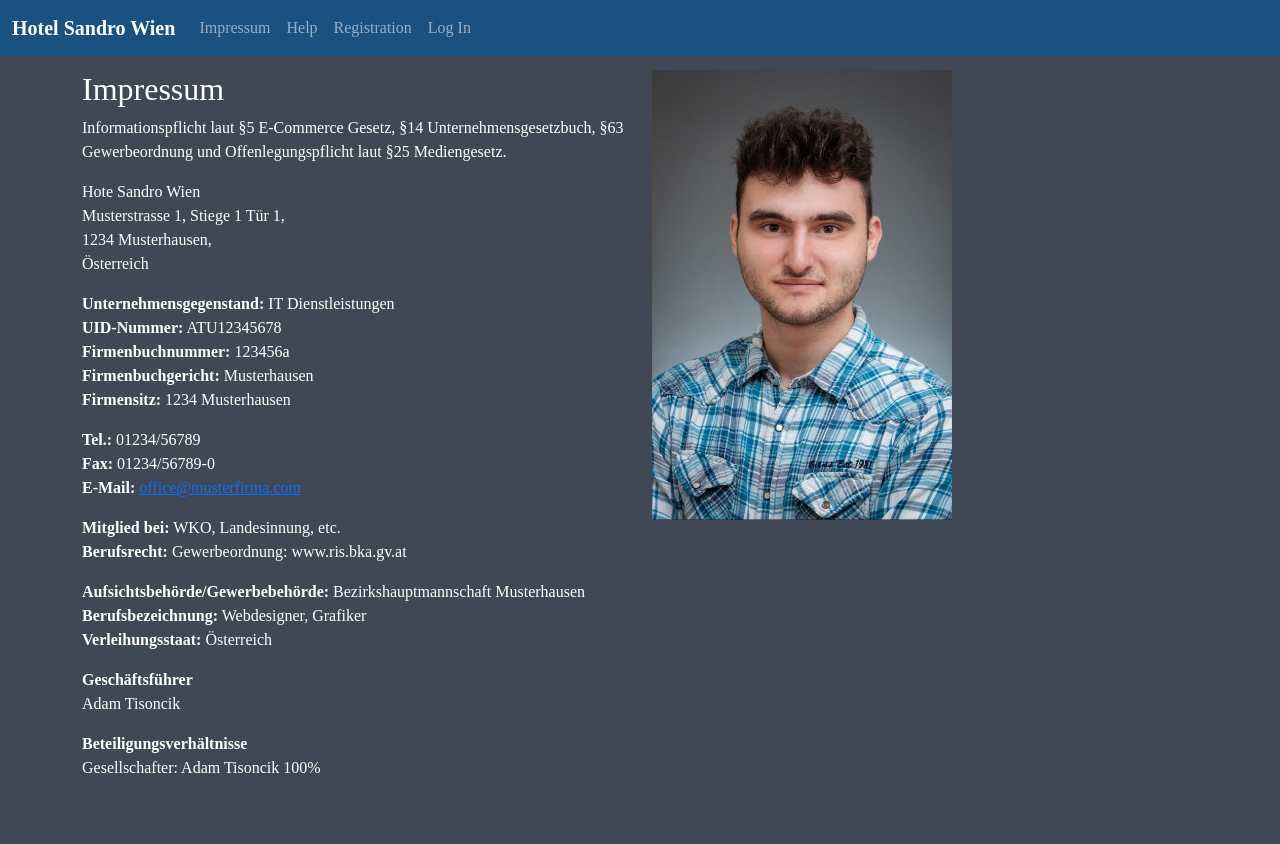
Repository: TIS0N/Hotel_Sandro
Page: http://localhost/pages/impressum.php
These files come from the project's save history. The page is drawn as it stood at one moment and after the next save; the edit follows.
The browser window is 1280 px wide. The pictures show the whole page.
The page is run by PHP 8.4 with error messages shown; the project is at /var/www/html/.

Above is the page before, as saved 2022-10-10 22:29:48.

### pages/impressum.php
<!DOCTYPE html>
<html lang="en">
<head>
    <meta charset="UTF-8">
    <meta http-equiv="X-UA-Compatible" content="IE=edge">
    <meta name="viewport" content="width=device-width, initial-scale=1.0">
    <link href="https://cdn.jsdelivr.net/npm/bootstrap@5.2.2/dist/css/bootstrap.min.css" rel="stylesheet" integrity="sha384-Zenh87qX5JnK2Jl0vWa8Ck2rdkQ2Bzep5IDxbcnCeuOxjzrPF/et3URy9Bv1WTRi" crossorigin="anonymous">
    <script src="https://cdn.jsdelivr.net/npm/bootstrap@5.2.2/dist/js/bootstrap.bundle.min.js" integrity="sha384-OERcA2EqjJCMA+/3y+gxIOqMEjwtxJY7qPCqsdltbNJuaOe923+mo//f6V8Qbsw3" crossorigin="anonymous"></script>
    <link rel="stylesheet" href="../res/css/stylesheet.css">
    <title>Hotel Sandro Wien - Impressum</title>
</head>
<body id="body">

<?php
include "../inc/navigation.php";
?>

    <div class="container text-start">
        <div class="row align-items-start">
            <div class="col">
                <h2>Impressum</h2>


                <p>
                    Informationspflicht laut §5 E-Commerce Gesetz, §14 Unternehmensgesetzbuch, §63 Gewerbeordnung und Offenlegungspflicht laut §25 Mediengesetz.
                </p>
                <p>
                    Hote Sandro Wien<br>
                    Musterstrasse 1, Stiege 1 Tür 1, <br>
                    1234 Musterhausen, <br>
                    Österreich
                </p>
                <p>
                    <strong>Unternehmensgegenstand:</strong> IT Dienstleistungen<br>
                    <strong>UID-Nummer:</strong> ATU12345678<br>
                    <strong>Firmenbuchnummer:</strong> 123456a<br>
                    <strong>Firmenbuchgericht:</strong> Musterhausen<br>
                    <strong>Firmensitz:</strong> 1234 Musterhausen
                </p>
                <p>
                    <strong>Tel.:</strong> 01234/56789<br>
                    <strong>Fax:</strong> 01234/56789-0<br>
                    <strong>E-Mail:</strong> <a href="mailto:office@musterfirma.com">office@musterfirma.com</a>
                </p>
                <p>
                    <strong>Mitglied bei:</strong> WKO, Landesinnung, etc.<br>
                    <strong>Berufsrecht:</strong> Gewerbeordnung: www.ris.bka.gv.at
                </p>

                <p>
                    <strong>Aufsichtsbehörde/Gewerbebehörde:</strong> Bezirkshauptmannschaft Musterhausen<br>
                    <strong>Berufsbezeichnung:</strong> Webdesigner, Grafiker<br>
                    <strong>Verleihungsstaat:</strong> Österreich
                </p>
                <p>
                    <strong>Geschäftsführer</strong>
                    <br/>Adam Tisoncik
                </p>
                <p>
                    <strong>Beteiligungsverhältnisse</strong><br>
                    Gesellschafter: Adam Tisoncik 100%
                </p>
            </div>
            <div class="col">
                <img src="../res/img/AdamTisoncik.jpg" alt="Profile photo of Adam Tisoncik" width="300" height="450">
            </div>
        </div>
    </div>
</body>
</html>

### inc/navigation.php
<?php
    if(file_exists("./index.php")){
        $includePath = ".";
    }
    else{
        $includePath = "..";
    }
?>

<div id="navBar">
        <nav class="navbar fixed-top navbar-expand-lg navbar-dark" style="background-color: #195181;">
            <div class="container-fluid">
                <a class="navbar-brand" href= <?php echo "$includePath/index.php"?> style="color: rgb(255, 255, 255);"><strong>Hotel Sandro Wien</strong></a>
                <button class="navbar-toggler" type="button" data-bs-toggle="collapse" data-bs-target="#navbarNav" aria-controls="navbarNav" aria-expanded="false" aria-label="Toggle navigation">
                    <span class="navbar-toggler-icon"></span>
                </button>
                <div class="collapse navbar-collapse" id="navbarNav">
                    <ul class="navbar-nav">
                        <li class="nav-item">
                            <a class="nav-link"href= <?php echo "$includePath/pages/impressum.php"?> class="navbar-brand">Impressum</a>
                        </li>
                        <li class="nav-item">
                            <a class="nav-link" href=<?php echo "$includePath/pages/help.php"?> class="navbar-brand">Help</a>
                        </li>
                        <li class="nav-item">
                            <a class="nav-link" href=<?php echo "$includePath/pages/registration.php"?> class="navbar-brand">Registration</a>
                        </li>
                        <li class="nav-item">
                            <a class="nav-link" href=<?php echo "$includePath/pages/login.php"?> class="navbar-brand">Log In</a>
                        </li>

                    </ul>
                </div>
            </div>
        </nav>
    </div>

### res/css/stylesheet.css
#body{
    background-color: rgb(63, 72, 84);
    color: rgb(255, 255, 255);
    padding-top: 70px;
    text-align: center;
    font-family: cursive;
}

#hotelSandroPhoto{
    width: 600px;
    height: 450px;
}

#formular{
    background-color: #195181;
    border-radius: 5px;
    border-color: rgb(255, 255, 255);
    border-style: double;
}

After the next save:
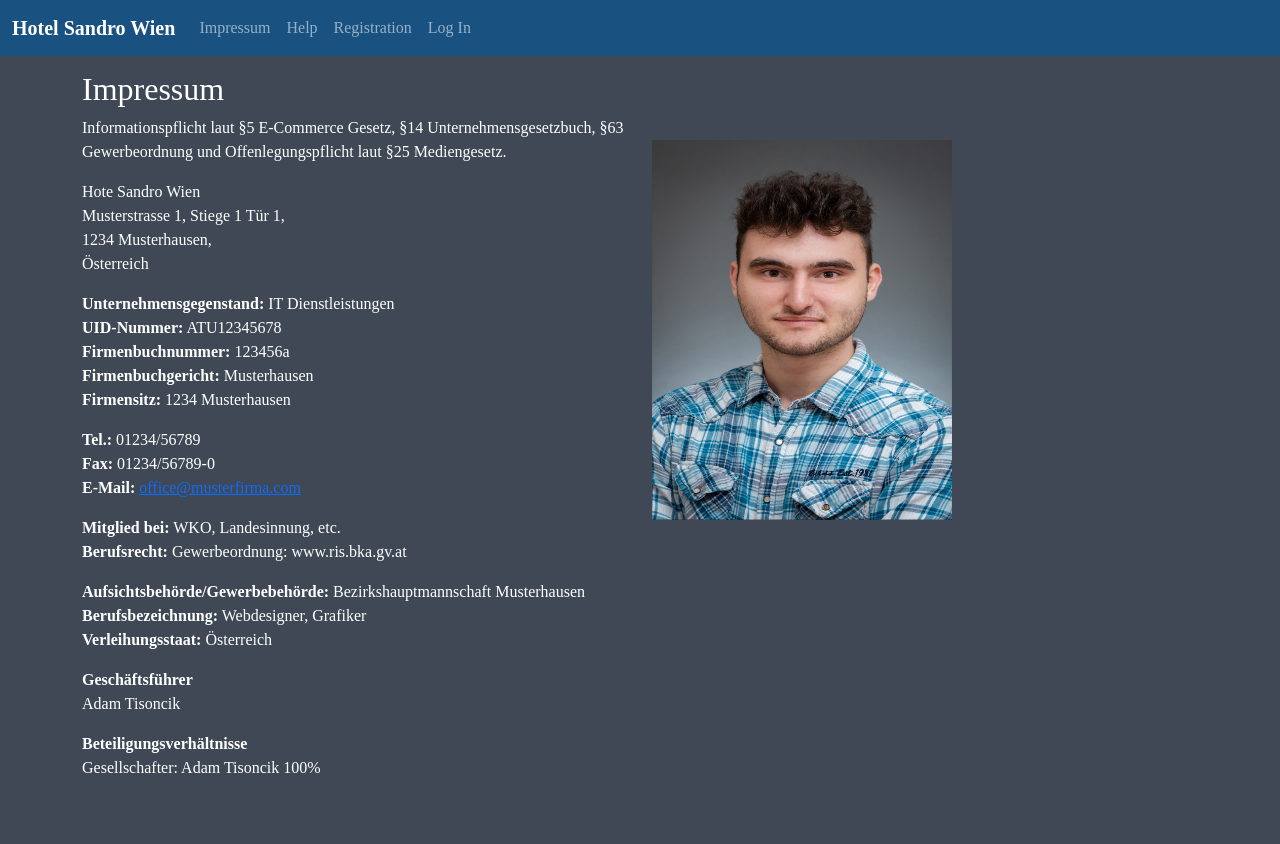
Saved 37 s later.
--- a/pages/impressum.php
+++ b/pages/impressum.php
@@ -62,7 +62,7 @@
                 </p>
             </div>
             <div class="col">
-                <img src="../res/img/AdamTisoncik.jpg" alt="Profile photo of Adam Tisoncik" width="300" height="450">
+                <img src="../res/img/AdamTisoncik.jpg" alt="Profile photo of Adam Tisoncik" width="300" height="450" style="padding-top: 70px;">
             </div>
         </div>
     </div>

After the save that followed:
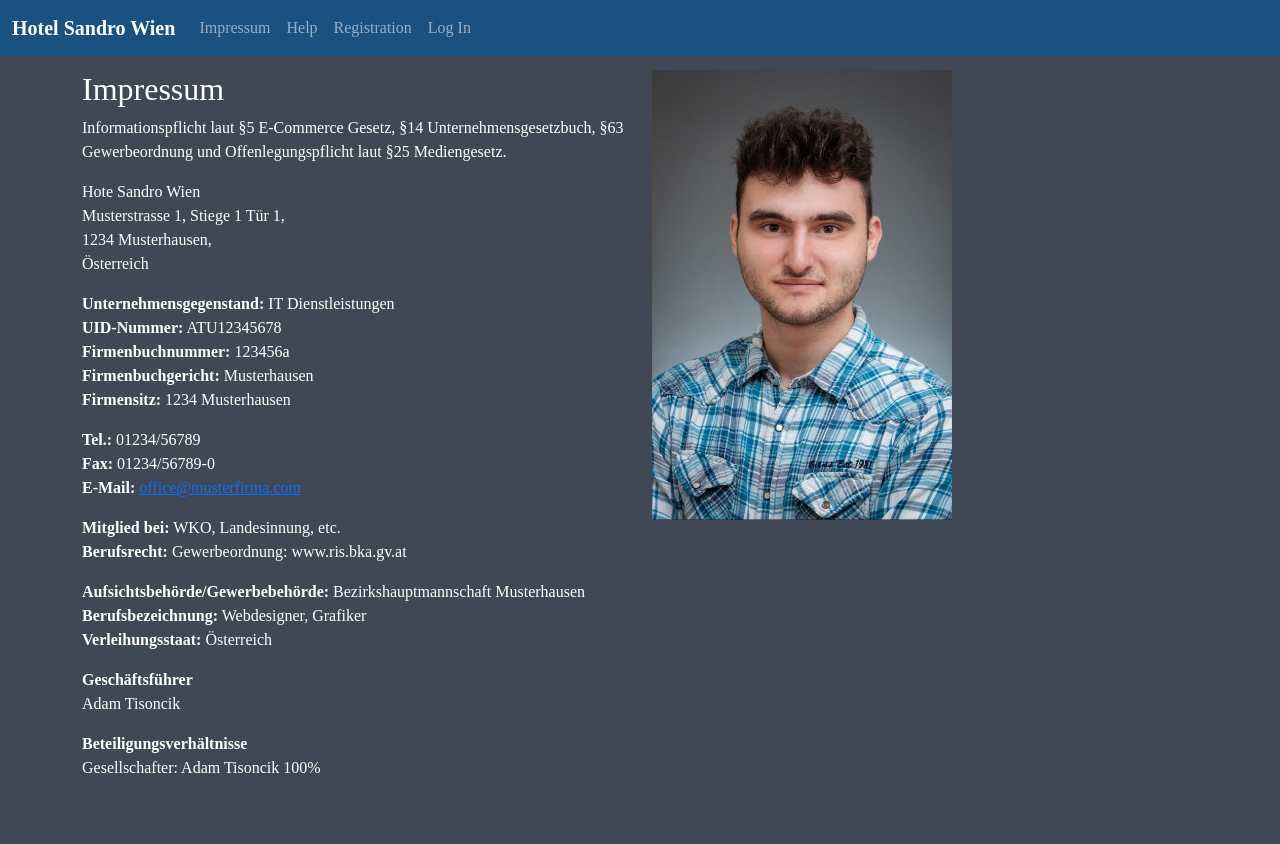
Saved 19 s later.
--- a/pages/impressum.php
+++ b/pages/impressum.php
@@ -62,7 +62,7 @@
                 </p>
             </div>
             <div class="col">
-                <img src="../res/img/AdamTisoncik.jpg" alt="Profile photo of Adam Tisoncik" width="300" height="450" style="padding-top: 70px;">
+                <img src="../res/img/AdamTisoncik.jpg" alt="Profile photo of Adam Tisoncik" width="300" height="450">
             </div>
         </div>
     </div>
